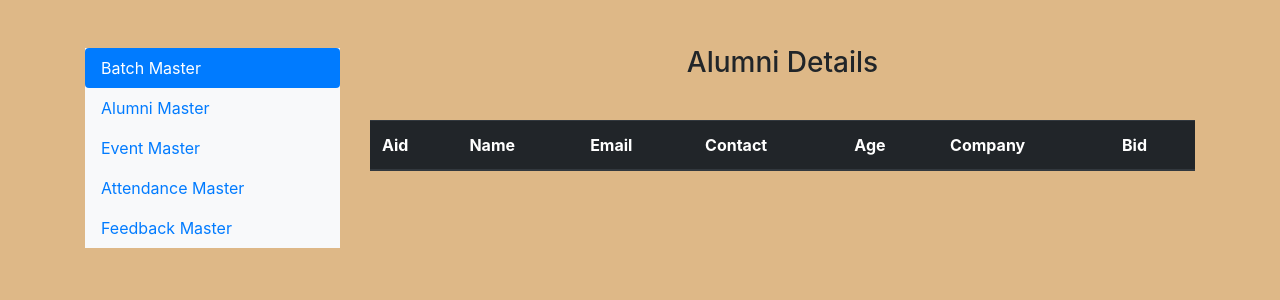
Repository: Shreyash1107/Web_Projects
Page: http://localhost/AlumnieventmanagementApplication/Viewalumni.jsp
The author's editor kept a copy of each file at every save. The page is drawn from the files as they stood at one save, then again after the next save.
The browser window is 1280 px wide. The pictures show the whole page.
The page is served by Tomcat 9. Nobody is signed in. The application's start-up code is not run. Other server files are loaded and not shown. Queries for data that is not in the repository find no rows.

Above is the page before, as saved 2024-08-05 06:42:35.

### AlumnieventmanagementApplication/src/main/webapp/Viewalumni.jsp
<%@page import="org.techhub.service.*"%>
<%@page import="org.techhub.model.*"%>
<%@page import="java.util.*"%>
<%@ page language="java" contentType="text/html; charset=ISO-8859-1"
	pageEncoding="ISO-8859-1"%>
<!DOCTYPE html>
<html>
<head>
<meta charset="ISO-8859-1">
<title>View Alumni</title>
<link rel="stylesheet"
	href="https://cdn.jsdelivr.net/npm/bootstrap@4.0.0/dist/css/bootstrap.min.css"
	integrity="sha384-Gn5384xqQ1aoWXA+058RXPxPg6fy4IWvTNh0E263XmFcJlSAwiGgFAW/dAiS6JXm"
	crossorigin="anonymous">
	<link rel="stylesheet" href="CSS/view.css"/>
</head>
<body>
	<div class="container mt-5">
		<div class="row">
			<div class="col-md-3">
				<div class="nav flex-column nav-pills menubar bg-light" id="v-pills-tab"
					role="tablist" aria-orientation="vertical">
					<a class="nav-link active" id="v-pills-home-tab" data-toggle="pill"
						href="index.jsp" role="tab" aria-controls="v-pills-home"
						aria-selected="true">Batch Master</a> <a class="nav-link"
						id="v-pills-profile-tab" data-toggle="pill"
						href="Alumnimaster.jsp" role="tab" aria-controls="v-pills-profile"
						aria-selected="false">Alumni Master</a> <a class="nav-link"
						id="v-pills-messages-tab" data-toggle="pill"
						href="#v-pills-messages" role="tab"
						aria-controls="v-pills-messages" aria-selected="false">Event
						Master</a>
						<a class="nav-link" id="v-pills-attendance-tab"
                        data-toggle="pill" href="#v-pills-attendance" role="tab"
                        aria-controls="v-pills-settings" aria-selected="false">Attendance
                        Master</a>
                    <a class="nav-link" id="v-pills-feedback-tab"
                        data-toggle="pill" href="#v-pills-feedback" role="tab"
                        aria-controls="v-pills-settings" aria-selected="false">Feedback
                        Master</a>
				</div>
			</div>
			<div class="col-md-9 content">
				<div class="tab-content" id="v-pills-tabContent">
					<div class="tab-pane fade show active" id="v-pills-home"
						role="tabpanel" aria-labelledby="v-pills-home-tab">
						<div class="form-container mt-5">
						<center>
							<h3 class="heading">
								Alumni Details
							</h3>
						</center>
							<table class="table table-striped table-dark">
								<thead>
									<tr>
										<th scope="col">Aid</th>
										<th scope="col">Name</th>
										<th scope="col">Email</th>
										<th scope="col">Contact</th>
										<th scope="col">Age</th>
										<th scope="col">Company</th>
										<th scope="col">Bid</th>
									</tr>
								</thead>
								<tbody>
									<%
									Alumnimasterservice amservice = new AlumniMasterServiceImpl();
									Vector<AlumniMasterModel> vect = amservice.getalumni();
									if (vect != null) {
										for (AlumniMasterModel amodel : vect) {
									%>
									<tr>
										<td><%=amodel.getid()%></td>
										<td><%=amodel.getname()%></td>
										<td><%=amodel.getEmail()%></td>
										<td><%=amodel.getContact()%></td>
										<td><%=amodel.getAge()%></td>
										<td><%=amodel.getCompany()%></td>
										<td><%=amodel.getBid()%></td>
									</tr>
									<%
									}
									}
									%>
								</tbody>
							</table>
						</div>
					</div>
					<div class="tab-pane fade" id="v-pills-profile" role="tabpanel"
						aria-labelledby="v-pills-profile-tab"></div>
					<div class="tab-pane fade" id="v-pills-messages" role="tabpanel"
						aria-labelledby="v-pills-messages-tab"></div>
					<div class="tab-pane fade" id="v-pills-settings" role="tabpanel"
						aria-labelledby="v-pills-settings-tab"></div>
				</div>
			</div>
		</div>
	</div>
</body>
</html>

### AlumnieventmanagementApplication/src/main/java/org/techhub/service/Alumnimasterservice.java
package org.techhub.service;

import java.util.Vector;

import org.techhub.model.AlumniMasterModel;

public interface Alumnimasterservice
{
	public boolean isAlumniAdded(AlumniMasterModel am);
	public Vector<AlumniMasterModel> getalumni();
	public boolean isAlumniUpdated(AlumniMasterModel am);
	public boolean isAlumnidelete(AlumniMasterModel am);
}

### AlumnieventmanagementApplication/src/main/java/org/techhub/service/AlumniMasterServiceImpl.java
package org.techhub.service;

import java.util.Vector;

import org.techhub.model.AlumniMasterModel;
import org.techhub.repository.AlumniMasterModelrepositoryImpl;
import org.techhub.repository.Alumnirepository;

public class AlumniMasterServiceImpl implements Alumnimasterservice
{
	Alumnirepository amrepo = new AlumniMasterModelrepositoryImpl();
	public boolean isAlumniAdded(AlumniMasterModel am)
	{
		return amrepo.isAlumniAdded(am);
	}
	public Vector<AlumniMasterModel> getalumni()
	{
		Vector v = amrepo.getalumni();
		return v;
	}
	public boolean isAlumniUpdated(AlumniMasterModel am)
	{
		return amrepo.isAlumniUpdated(am);
	}
	public boolean isAlumnidelete(AlumniMasterModel am)
	{
		return amrepo.isAlumnidelete(am);
	}
}

### AlumnieventmanagementApplication/src/main/java/org/techhub/repository/Alumnirepository.java
package org.techhub.repository;

import java.util.Vector;

import org.techhub.model.AlumniMasterModel;

public interface Alumnirepository
{
	public boolean isAlumniAdded(AlumniMasterModel am);
	public Vector<AlumniMasterModel> getalumni();
	public boolean isAlumniUpdated(AlumniMasterModel am);
	public boolean isAlumnidelete(AlumniMasterModel am);
}

### AlumnieventmanagementApplication/src/main/java/org/techhub/repository/DB.java
package org.techhub.repository;

import java.sql.Connection;
import java.sql.DriverManager;
import java.sql.PreparedStatement;
import java.sql.ResultSet;
import java.sql.SQLException;

public class DB
{
	protected Connection conn;
	protected ResultSet rs;
	protected PreparedStatement pstmt;
	public DB()
	{
		try
		{
			Class.forName("com.mysql.cj.jdbc.Driver");
		}
		catch (ClassNotFoundException e)
		{
			e.printStackTrace();
		}
		try
		{
			conn = DriverManager.getConnection("jdbc:mysql://localhost:3306/alumnimanagement", "root", "Shreyash@123");
		}
		catch (SQLException e)
		{
			e.printStackTrace();
		}
	}
}

### AlumnieventmanagementApplication/src/main/java/org/techhub/repository/AlumniMasterModelrepositoryImpl.java
package org.techhub.repository;

import java.util.Vector;

import org.techhub.model.AlumniMasterModel;

public class AlumniMasterModelrepositoryImpl extends DB implements Alumnirepository
{
	Vector<AlumniMasterModel> vect = null;
	public boolean isAlumniAdded(AlumniMasterModel am)
	{
		int val;
		try
		{
			pstmt = conn.prepareStatement("insert into alumnimaster values('0',?,?,?,?,?,?)");
			pstmt.setString(1, am.getname());
			pstmt.setString(2, am.getEmail());
			pstmt.setString(3, am.getContact());
			pstmt.setInt(4, am.getAge());
			pstmt.setString(5, am.getCompany());
			pstmt.setInt(6, am.getBid());
			val = pstmt.executeUpdate();
			return val>0?true:false;
		}
		catch(Exception ex)
		{
			ex.printStackTrace();
			return false;
		}
	}
	public Vector<AlumniMasterModel> getalumni()
	{
		vect = new Vector<AlumniMasterModel>();
		try
		{
			pstmt = conn.prepareStatement("select *from Alumnimaster");
			rs = pstmt.executeQuery();
			while(rs.next())
			{
				AlumniMasterModel amodel = new AlumniMasterModel();
				amodel.setAid(rs.getInt(1));
				amodel.setname(rs.getString(2));
				amodel.setEmail(rs.getString(3));
				amodel.setContact(rs.getString(4));
				amodel.setAge(rs.getInt(5));
				amodel.setCompany(rs.getString(6));
				amodel.setBid(rs.getInt(7));
				vect.add(amodel);
			}
			return vect.size()>0?vect:null;
		}
		catch(Exception ex)
		{
			ex.printStackTrace();
		}
		return null;
	}
	public boolean isAlumniUpdated(AlumniMasterModel am)
	{
		int val;
		try
		{
			pstmt = conn.prepareStatement("update Alumnimaster set Name = ?,Email = ?,Contact=?,Age = ?, Company = ?, Bid = ? where Aid = ?");
			pstmt.setString(1, am.getname());
			pstmt.setString(2, am.getEmail());
			pstmt.setString(3, am.getContact());
			pstmt.setInt(4, am.getAge());
			pstmt.setString(5, am.getCompany());
			pstmt.setInt(6, am.getBid());
			pstmt.setInt(7, am.getid());
			val = pstmt.executeUpdate();
			return val>0?true:false;
		}
		catch(Exception ex)
		{
			ex.printStackTrace();
			return false;
		}
	}
	public boolean isAlumnidelete(AlumniMasterModel am)
	{
		int val;
		try
		{
			pstmt = conn.prepareStatement("delete from Alumnimaster where Aid = ?");
			pstmt.setInt(1, am.getid());
			val = pstmt.executeUpdate();
			return val>0?true:false;
		}
		catch(Exception ex)
		{
			ex.printStackTrace();
			return false;
		}
	}
}

### AlumnieventmanagementApplication/src/main/webapp/CSS/view.css
@charset "ISO-8859-1";
.heading
{
	margin-top: -50px;
	margin-bottom: 40px;
}
body
{
	background-color:burlywood
}

After the next save:
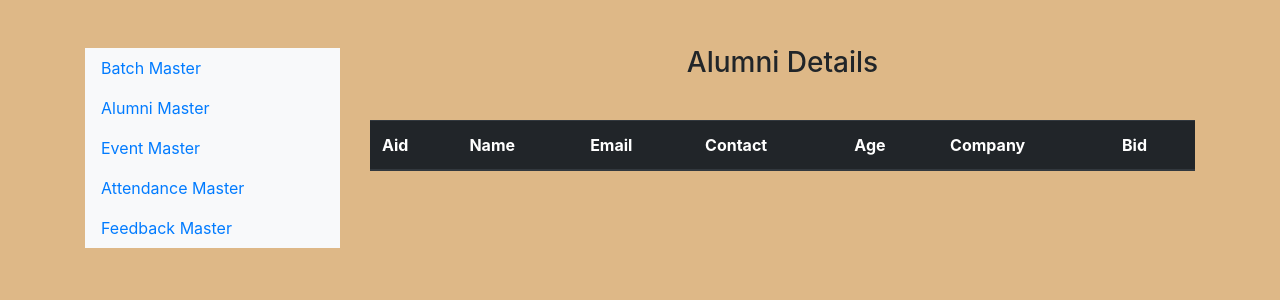
Saved 5 min 1 s later.
--- a/AlumnieventmanagementApplication/src/main/webapp/Viewalumni.jsp
+++ b/AlumnieventmanagementApplication/src/main/webapp/Viewalumni.jsp
@@ -20,24 +20,11 @@
 			<div class="col-md-3">
 				<div class="nav flex-column nav-pills menubar bg-light" id="v-pills-tab"
 					role="tablist" aria-orientation="vertical">
-					<a class="nav-link active" id="v-pills-home-tab" data-toggle="pill"
-						href="index.jsp" role="tab" aria-controls="v-pills-home"
-						aria-selected="true">Batch Master</a> <a class="nav-link"
-						id="v-pills-profile-tab" data-toggle="pill"
-						href="Alumnimaster.jsp" role="tab" aria-controls="v-pills-profile"
-						aria-selected="false">Alumni Master</a> <a class="nav-link"
-						id="v-pills-messages-tab" data-toggle="pill"
-						href="#v-pills-messages" role="tab"
-						aria-controls="v-pills-messages" aria-selected="false">Event
-						Master</a>
-						<a class="nav-link" id="v-pills-attendance-tab"
-                        data-toggle="pill" href="#v-pills-attendance" role="tab"
-                        aria-controls="v-pills-settings" aria-selected="false">Attendance
-                        Master</a>
-                    <a class="nav-link" id="v-pills-feedback-tab"
-                        data-toggle="pill" href="#v-pills-feedback" role="tab"
-                        aria-controls="v-pills-settings" aria-selected="false">Feedback
-                        Master</a>
+					<a class="nav-link" href="index.jsp">Batch Master</a>
+					 <a class="nav-link" href="Alumnimaster.jsp">Alumni Master</a>
+					 <a class="nav-link" href="#v-pills-messages">Event Master</a>
+					 <a class="nav-link" href="#v-pills-attendance">Attendance Master</a>
+					 <a class="nav-link" href="#v-pills-feedback">Feedback Master</a>
 				</div>
 			</div>
 			<div class="col-md-9 content">
